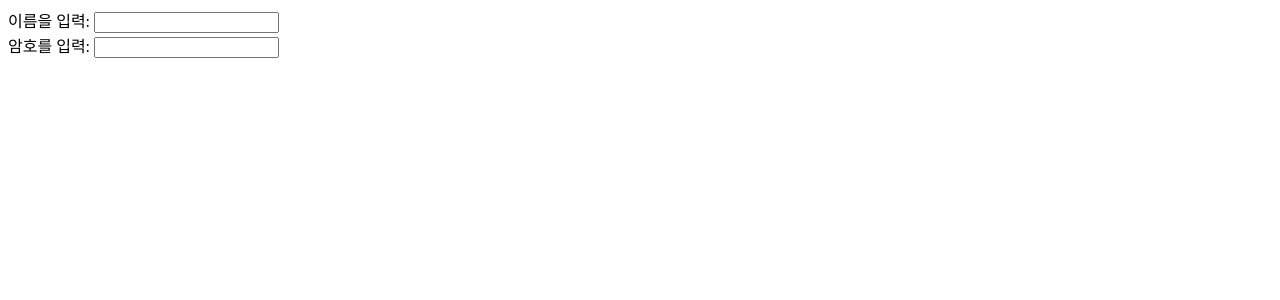
Repository: RYE415/4.jsp
Page: JQueryTest/src/main/webapp/5.ajax/12.$.serialize().html
An editor plug-in stored every save of this project. The page is shown before and after the next save, followed by the edit.
The browser window is 1280 px wide. The pictures show the whole page.

Above is the page before, as saved 2022-08-05 02:30:58.

After the next save:
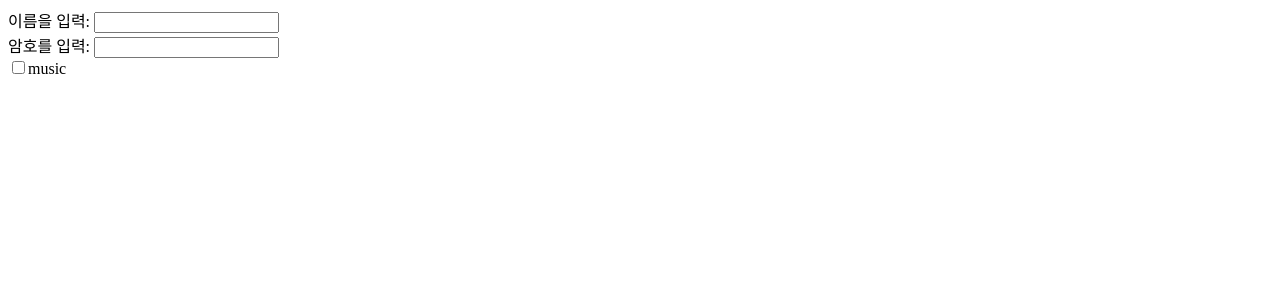
Saved 53 s later.
--- a/JQueryTest/src/main/webapp/5.ajax/12.$.serialize().html
+++ b/JQueryTest/src/main/webapp/5.ajax/12.$.serialize().html
@@ -18,6 +18,8 @@
 		<input type="text" name="username"><br>
 		<label>암호를 입력:</label>
 		<input type="password" name="password"><br>
+		<input type="checkbox" name="hobby" value="music">music
+
 	</form>
 
 </body>
